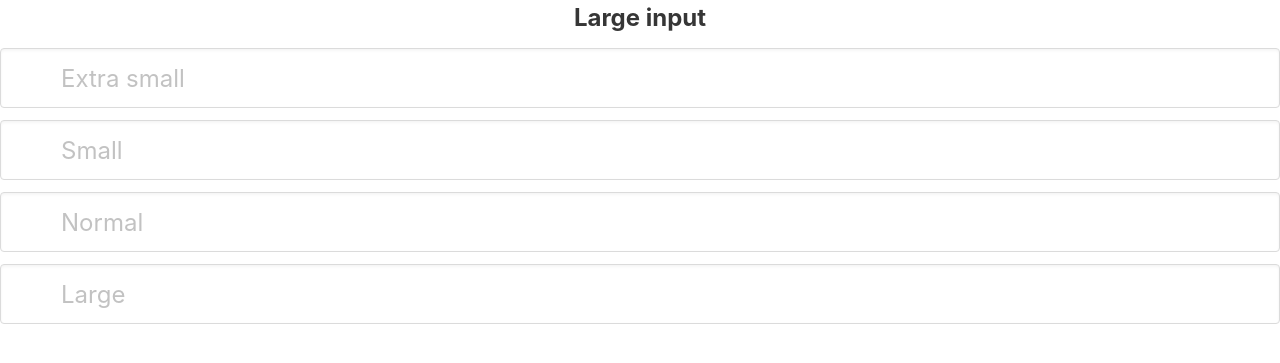
Repository: Spawnbig/ProyectoEspTec1
Page: /
These files come from the project's save history. The page is drawn as it stood at one moment and after the next save; the edit follows.
The browser window is 1280 px wide. The pictures show the whole page.
The project was rebuilt for these pictures with package versions that can differ from the ones it lists, and the page was loaded fresh each time. Also part of the build but not shown: vite.config.js, src/views/Dashboard.vue.

Above is the page before, as saved 2022-07-08 21:48:13.

### src/main.js
import { createApp } from 'vue'
import { createPinia } from 'pinia'
import App from './App.vue'
import router from './router'



const app = createApp(App)

app.use(createPinia())
app.use(router)

app.mount('#app')

### src/App.vue

<template>
  <RouterView />
</template>

<script>
export default{

}
</script>


<style>
@import "https://cdn.jsdelivr.net/npm/bulma@0.9.4/css/bulma.min.css";


</style>

### src/router/index.js
import { createRouter, createWebHistory } from 'vue-router'
import HomeView from '../views/HomeView.vue'
import Dashboard from '../views/Dashboard.vue'

const router = createRouter({
  history: createWebHistory(import.meta.env.BASE_URL),
  routes: [
    {
      path: '/',
      name: 'home',
      component: HomeView
    },
    {
      path: '/dashboard',
      name: 'dashboard',
      // route level code-splitting
      // this generates a separate chunk (About.[hash].js) for this route
      // which is lazy-loaded when the route is visited.
      component: Dashboard
    }
  ]
})

export default router

### src/views/HomeView.vue
<template>
  <CrearUsuario/>
</template>

<script >
import CrearUsuario from "../components/CrearUsuario.vue";

export default {
components:{CrearUsuario}
}

</script>


<style scoped>

</style>

### src/components/CrearUsuario.vue
<template>
<div class="Cuerpo" id="Cuerpo">
<div class="field">
  <label class="label is-large">Large input</label>
  <div class="control has-icons-left has-icons-right">
    <input class="input is-large" type="email" placeholder="Extra small">
    <span class="icon is-small is-left">
      <i class="fas fa-envelope fa-xs"></i>
    </span>
    <span class="icon is-small is-right">
      <i class="fas fa-check fa-xs"></i>
    </span>
  </div>
</div>

<div class="field">
  <div class="control has-icons-left has-icons-right">
    <input class="input is-large" type="email" placeholder="Small">
    <span class="icon is-left">
      <i class="fas fa-envelope fa-sm"></i>
    </span>
    <span class="icon is-right">
      <i class="fas fa-check fa-sm"></i>
    </span>
  </div>
</div>

<div class="field">
  <div class="control has-icons-left has-icons-right">
    <input class="input is-large" type="email" placeholder="Normal">
    <span class="icon is-large is-left">
      <i class="fas fa-envelope"></i>
    </span>
    <span class="icon is-large is-right">
      <i class="fas fa-check"></i>
    </span>
  </div>
</div>

<div class="field">
  <div class="control has-icons-left has-icons-right">
    <input class="input is-large" type="email" placeholder="Large">
    <span class="icon is-medium is-left">
      <i class="fas fa-envelope fa-lg"></i>
    </span>
    <span class="icon is-medium is-right">
      <i class="fas fa-check fa-lg"></i>
    </span>
  </div>
</div>
</div>

</template>

<script>

export default {

}






</script>

<style scoped>
.Cuerpo{
  text-align: center;
}
</style>

Loaded but not shown: index.html (common file)

After the next save:
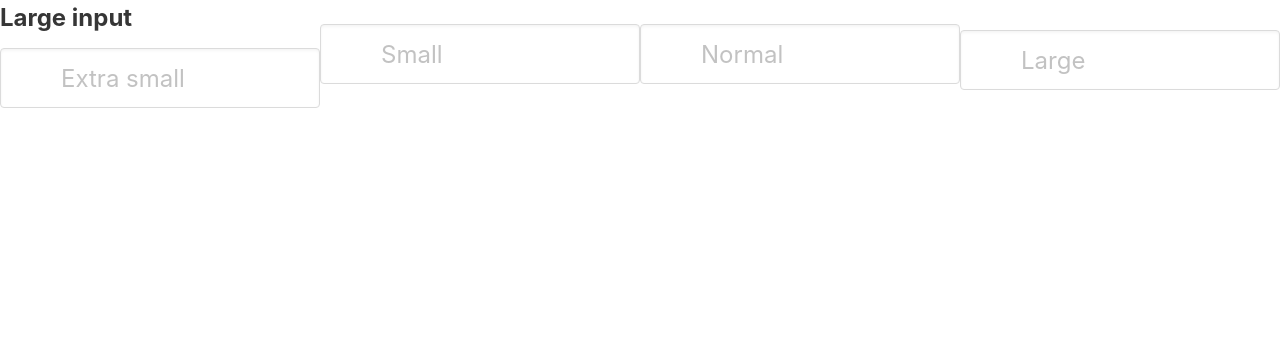
Saved 72 s later.
--- a/src/components/CrearUsuario.vue
+++ b/src/components/CrearUsuario.vue
@@ -67,6 +67,9 @@
 
 <style scoped>
 .Cuerpo{
-  text-align: center;
+    display: flex;
+  justify-content: center;
+  align-items: center;
+
 }
 </style>
